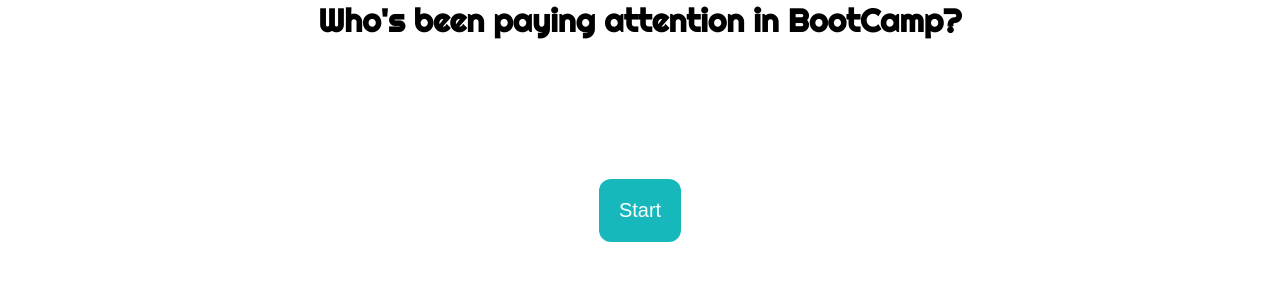
Repository: kkyler24/Quizlet
Page: Quiz.html
The author's editor kept a copy of each file at every save. The page is drawn from the files as they stood at one save, then again after the next save.
The browser window is 1280 px wide. The pictures show the whole page.
Some web libraries are served in a nearby version.

Above is the page before, as saved 2020-03-16 01:18:50.

### Quiz.html
<!DOCTYPE html>

<html lang="en">

<head>
    <meta charset="UTF-8">
    <meta name="viewport" content="width=device-width, initial-scale=1.0">

    <!-- font family -->
    <link href="https://fonts.googleapis.com/css2?family=Righteous&display=swap" rel="stylesheet">

    <!-- Popper -->
    <script src="https://cdnjs.cloudflare.com/ajax/libs/popper.js/1.12.9/umd/popper.min.js"
        integrity="sha384-ApNbgh9B+Y1QKtv3Rn7W3mgPxhU9K/ScQsAP7hUibX39j7fakFPskvXusvfa0b4Q"
        crossorigin="anonymous"></script>
    <!-- Myfiles -->
    <link rel="stylesheet" type="text/css" href="DevOpsFiles/Style.css">
    <title>Quiz it</title>
</head>

<header>Who's been paying attention in BootCamp?</header>

<!-- Quiz Design -->

<body>

    <Div class="flex-container">
        <div id="startB">
            <input type="button" class="startButton" value="Start"/>
        </div>
        <div id="questionBoxOne" class="row" style="display: none;">
            <div class="col-md-6 col-sm-3 questionDiv">
                "What is BootStrap?"
                <div class="col-8 col-sm-6 answerA">
                    <button type="button" class="button">"A piece of material that helps hold up your
                        boot"
                    </button>
                </div>
                <div class="col-8 col-sm-6 answerA correct">
                    <button type="button" class="button">"An open source Css
                        framework"</button>
                </div>
                <div class="col-8 col-sm-6 answerA">
                    <button type="button" class="button">"An open source Js framework"</button>
                </div>
            </div>
        </div>

        <div id="questionBoxTwo" class="row" style="display: none;">
            <div class="col-md-6 col-sm-3 questionDiv">
                "Javascript is to muscles as HTML is to...?"
            </div>
                <div class="col-8 col-sm-6 answerB correct">
                    <button type="button" class="button"> IceCream"</button>
                </div>
                <div class="col-8 col-sm-6 answerB">
                    <button type="button" class="button">"Skin"</button>
                </div>
                <div class="col-8 col-sm-6 answerB">
                    <button type="button" class="button">"Skeleton"</button>
                </div>
            </div>


        <div id="questionBoxThree" class="row" style="display: none;">
            <div class="col-md-6 col-sm-3 questionDiv">
                "What does HTML stand for?"
                <div class="row">

                    <div class="col-8 col-sm-6 answerC">
                        <button type="button" class="button">"Home Tools Mark-up language" </button>

                        <div class="col-8 col-sm-6 answerC">
                            <button type="button" class="button"> "Hyper-text Mark down language "</button>

                            <div class="col-8 col-sm-6 answerC">
                                <button type="button" class="button">"Hyper-text Mark up language
                                    "</button>
                            </div>
                        </div>
                    </div>
                </div>
            </div>
        </div>

        <div id="questionBoxFour" class="row" style="display: none;">
            <div class="col-md-6 col-sm-3 questionDiv">
                "What is BootStrap?"
                <div class="row">

                    <div class="col-8 col-sm-6 answerD">
                        <button type="button" class="button">"A piece of material that helps hold
                            up your boot" </button>

                        <div class="col-8 col-sm-6 answerD">
                            <button type="button" class="button">"An open source Css
                                framework"</button>

                            <div class="col-8 col-sm-6 answerD">
                                <button id="D" type="button" class="button">"An open source Js
                                    framework"</button>
                            </div>
                        </div>
                    </div>
                </div>
            </div>
        </div>
        <div class="time"></div>
    </Div>

    <script src="https://code.jquery.com/jquery-3.4.1.js"></script>
    <script src="DevOpsFiles/Java.js"></script>
</body>

</html>

### DevOpsFiles/Style.css
body{
    margin: auto;
    text-align: center;
    background-image: image();
  }

.flex-container {
    display: flex;
    height: 500px;
    justify-content: center;
    align-items: center;
    flex-direction: column;
  }

header{
font-family: "Righteous", cursive;
font-size: xx-large;
font-weight: bolder;

  }

#secLeft {
  position: absolute;
  top: 0.1%;
  display: block;
}

#questionBoxOne {
  position: absolute;

}

#questionBoxTwo {
  position: absolute;

}

#questionBoxThree {
  position: absolute;

}

#questionBoxFour {
  position: absolute;

}
.questionDiv{
  font-size: 25px;
  font-weight: bold;

}

.button{
background-color: rgb(22, 184, 187);
padding: 20px;
border-radius: 12px;
border: none;
color: white;
font-family:Arial, Helvetica, sans-serif;
font-size: 20PX;
}

.time{
  position: relative;
  height: 200px;
  text-align: center;
}

.startButton{
  text-align: center;
  margin-top: 50%;
  background-color: rgb(22, 184, 187);
padding: 20px;
border-radius: 12px;
border: none;
color: white;
font-family:Arial, Helvetica, sans-serif;
font-size: 20PX;
}

### DevOpsFiles/Java.js

// record start time
var startTime;
function display() {
    // later record end time
    var endTime = new Date();

    // time difference in ms
    var timeDiff = endTime - startTime;

    // strip the miliseconds
    timeDiff /= 1000;

    // get seconds
    var seconds = Math.floor(timeDiff % 60);

    // remove seconds from the date
    timeDiff = Math.floor(timeDiff / 60);

    // get minutes
    var minutes = Math.round(timeDiff % 60);

    // remove minutes from the date
    timeDiff = Math.floor(timeDiff / 60);

    // get hours
    var hours = Math.round(timeDiff % 24);

    // remove hours from the date
    timeDiff = Math.floor(timeDiff / 24);

    // the rest of timeDiff is number of days
    var days = timeDiff;

    $(".time").text(hours + ":" + minutes + ":" + seconds);
    setTimeout(display, 1000);
}

$(".startButton").click(function () {
    startTime = new Date();
    setTimeout(display, 1000);
});


//   function stopTimer() {
//     secondsElapsed = 0;
//     formatTime();
//   }
//   function startTimer() {
//     if (totalSeconds > 0) {
//       secondsElapsed = 0;
//       timer = setInterval(function () {
//         secondsElapsed++;
//         formatTime();
//       }, 1000);
//     }
//     formatTime();
//   }
// };

// ---Score Code---
var totalScore = [];

function getSum(total, num) {
  return total + Math(num);
}
function myFunction(item) {
  document.getElementById("stats").innerHTML = totalScore.reduce(getSum, 0);
}



// Questions Object
var Quests = [
  {
    Q1: {
      Question: "What is BootStrap?",
      answers: ["A piece of material that helps hold up your boot", "An open source Css framework", "An open source JS framework"],
      answersCorrect: [1]

    },

    Q2: {
      Question: "HTML is to Skeleton as Javascript is to...?",
      answers: ["Muscles", "Skin", "Coffee"],
      answersCorrect: [0]
    },

    Q3: {
      Question: "What does HTML stand for?",
      answers: ["A piece of material that helps hold up your boot", "An open source Css framework", "An open source JS framework"],
      answersCorrect: [3]
    },

    Q4: {
      Question: "What is BootStrap?",
      answers: ["A piece of material that helps hold up your boot", "An open source Css framework", "An open source JS framework"],
      answersCorrect: [2]
    }
  }];


// -->Get faded code<--
$(".startButton").on("click", function () {
  $("#startB").fadeOut(1000, function () {
    $(this).remove();
  })
});

$(".startButton").on("click", function () {
  $("#questionBoxOne").fadeIn(3600, function () {
  })
});

$(".answerA").on("click", function () {
  $("#questionBoxOne").fadeOut(2500, function () {
    $(this).remove();
  })
});

$(".answerA").on("click", function () {
  $("#questionBoxTwo").fadeIn(3600, function () {
  })
});

$('.answerB').on('click', function () {
  $("#questionBoxTwo").fadeOut(2500, function () {
    $(this).remove();
  })
});

$(".answerB").on("click", function () {
  $("#questionBoxThree").fadeIn(3600, function () {

  })
});

$('.answerC').on('click', function () {
  $("#questionBoxThree").fadeOut(2500, function () {
    $(this).remove();
  })
});

$(".answerC").on("click", function () {
  $("#questionBoxFour").fadeIn(3500, function () {
  })
});

$('.answerD').on('click', function () {
  $("#questionBoxFour").fadeOut(2500, function () {
    $(this).remove();
  })
});

$(".answerD").on("click", function () {
    $("#stats").slideDown(3500, function () {
    })
  });

//
// var aBBox = document.getElementsByClassName("col-8 col-sm-6 answerB");
// aBBox.


// done.addEventListener("event", function(){
// $(".answerb").on("event", function(){
//   $("#questionBoxTwo").fadeOut(2000,function(){
//     $(this).remove();
// })});



//
// $("#questionBoxTwo").fadeIn(1000,function())

// fade in after (this).remove has been completed
// var buttonCheck = document.getElementsByClassName("button");
// var totalScore = "";

// button listener



// Check the buttons for correct class
// // for ( var i = 0; i > flex-container.lenght; i++) {
// //   $("button").on("click", function(){
// //     if (buttonCheck.click === button.correct){
// //         totalScore = totalScore + 25;
// //     }
// //     else {secondsElapsed + 1500};
//   }
// )}

After the next save:
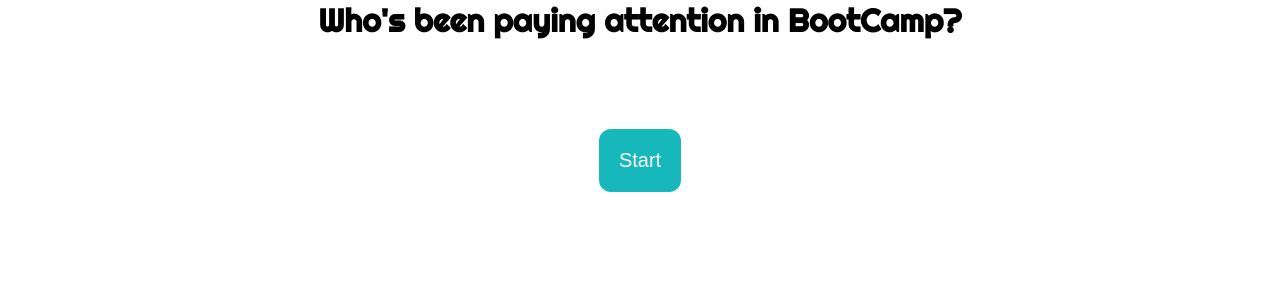
Saved 17 s later.
--- a/DevOpsFiles/Style.css
+++ b/DevOpsFiles/Style.css
@@ -62,7 +62,7 @@ font-size: 20PX;
 
 .time{
   position: relative;
-  height: 200px;
+  height: 60%;
   text-align: center;
 }
 
